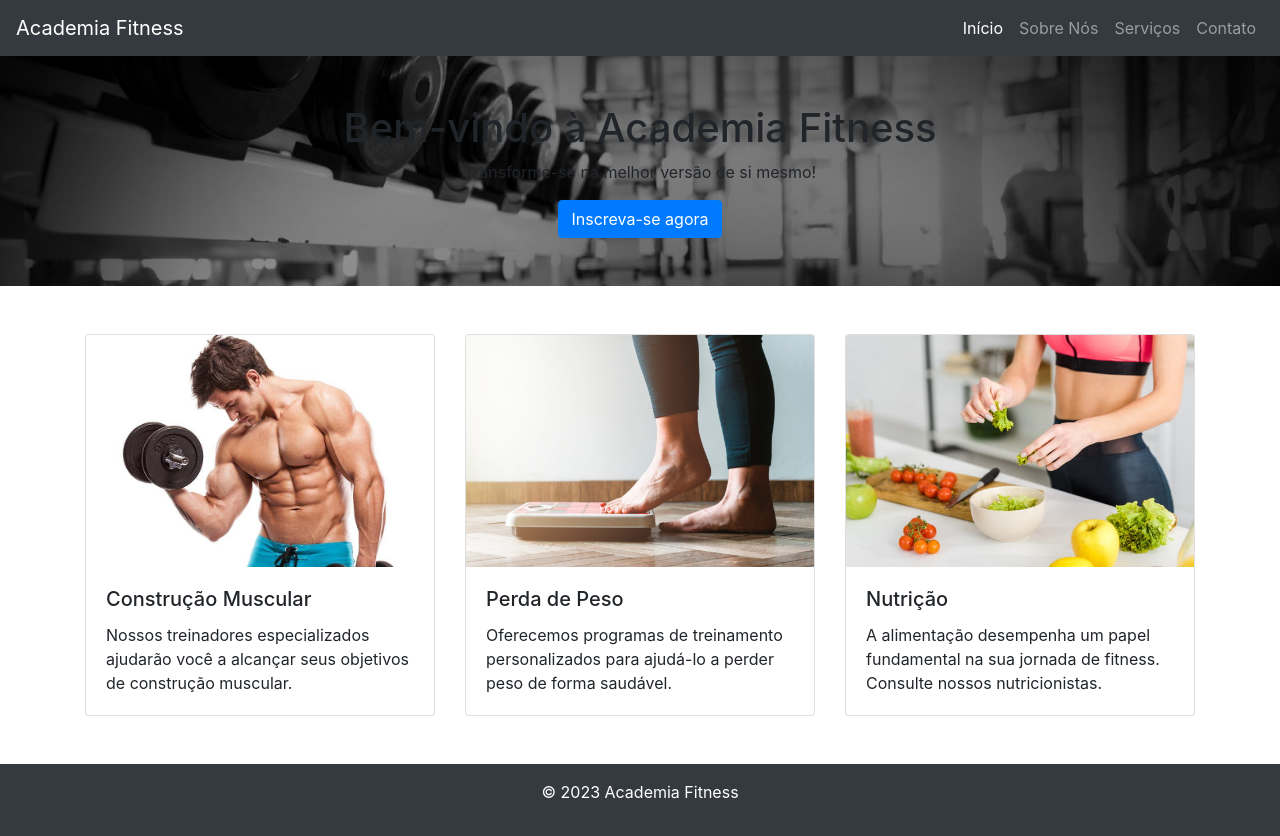
Repository: 01nethy/pratica14
Page: index.html
The author's editor kept a copy of each file at every save. The page is drawn from the files as they stood at one save, then again after the next save.
The browser window is 1280 px wide. The pictures show the whole page.

Above is the page before, as saved 2023-09-07 23:40:43.

After the next save:
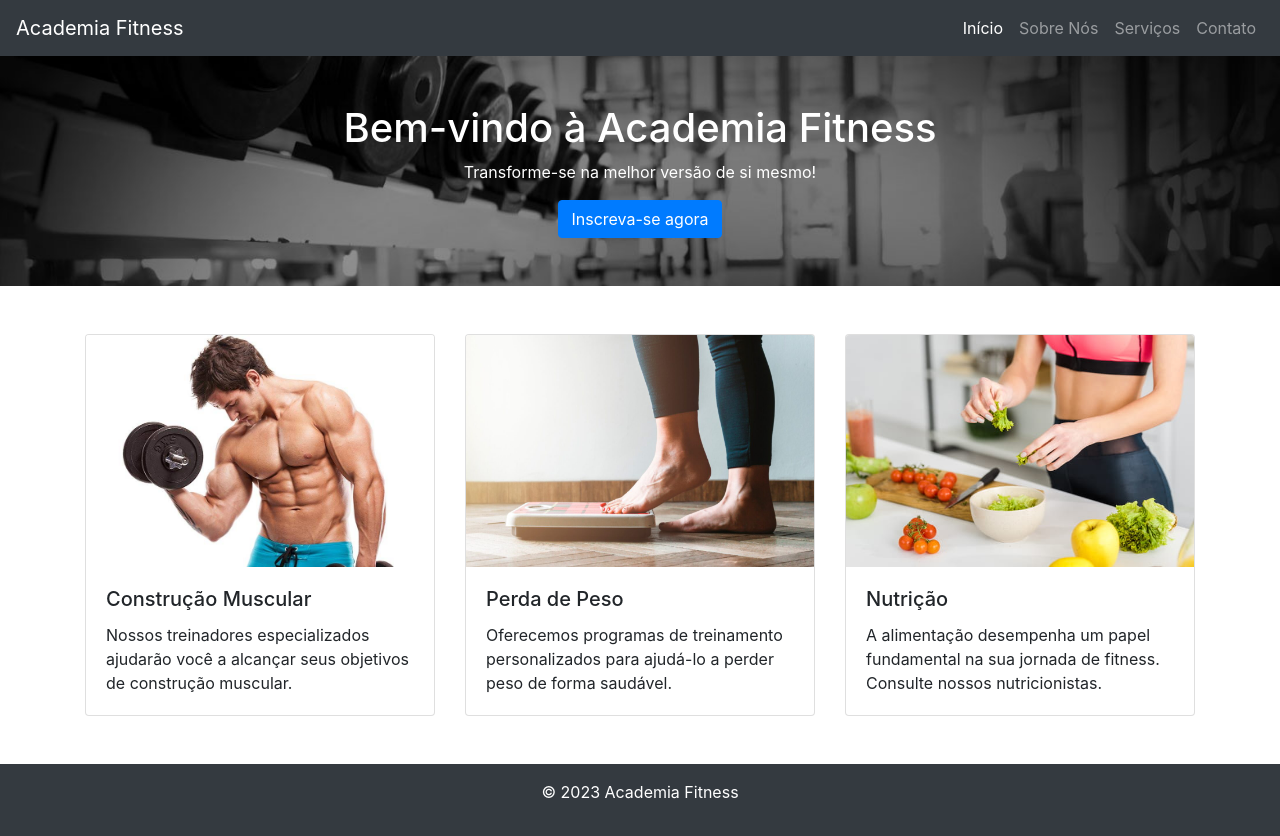
Saved 46 s later.
--- a/style.css
+++ b/style.css
@@ -4,3 +4,7 @@
     background-size: cover;
 
 }
+
+header{
+    color: white;
+}
